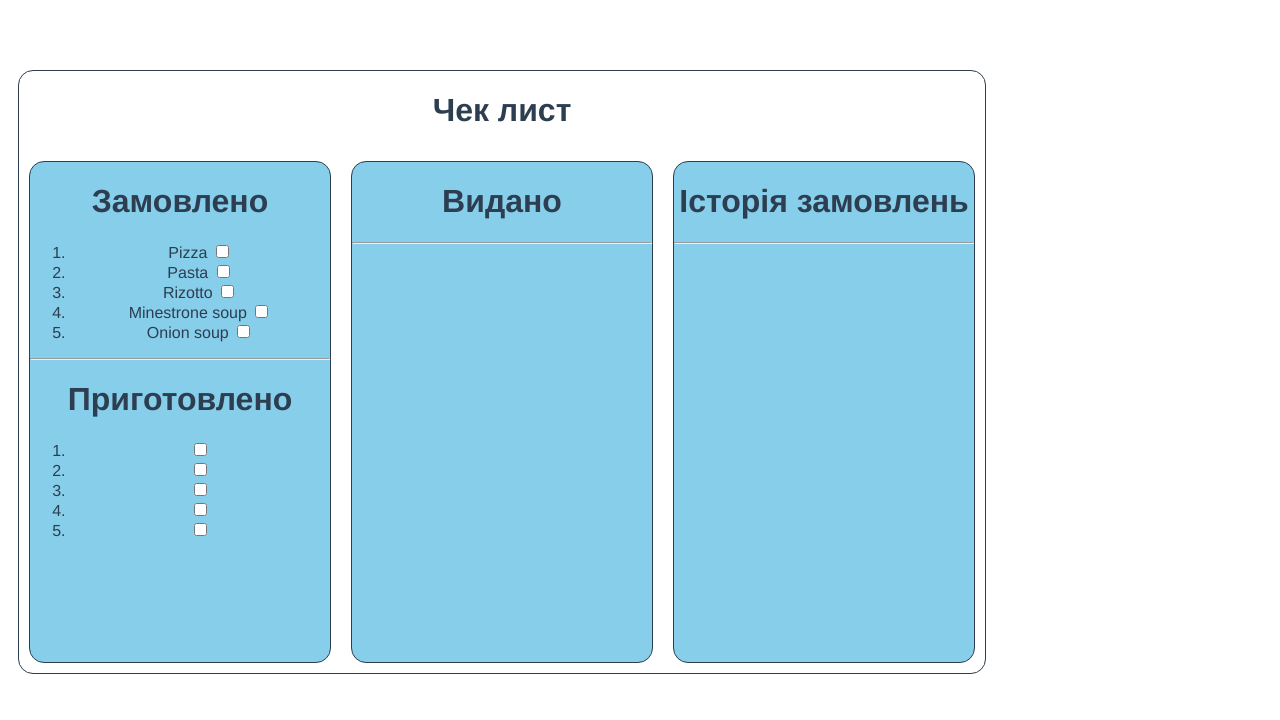
Repository: Salexandraa/HOME_Subotina
Page: / (app in order-list/)
An editor plug-in stored every save of this project. The page is shown before and after the next save, followed by the edit.
The browser window is 1280 px wide. The pictures show the whole page.
The project was rebuilt for these pictures with package versions that can differ from the ones it lists, and the page was loaded fresh each time.

Above is the page before, as saved 2020-10-09 17:23:27.

After the next save:
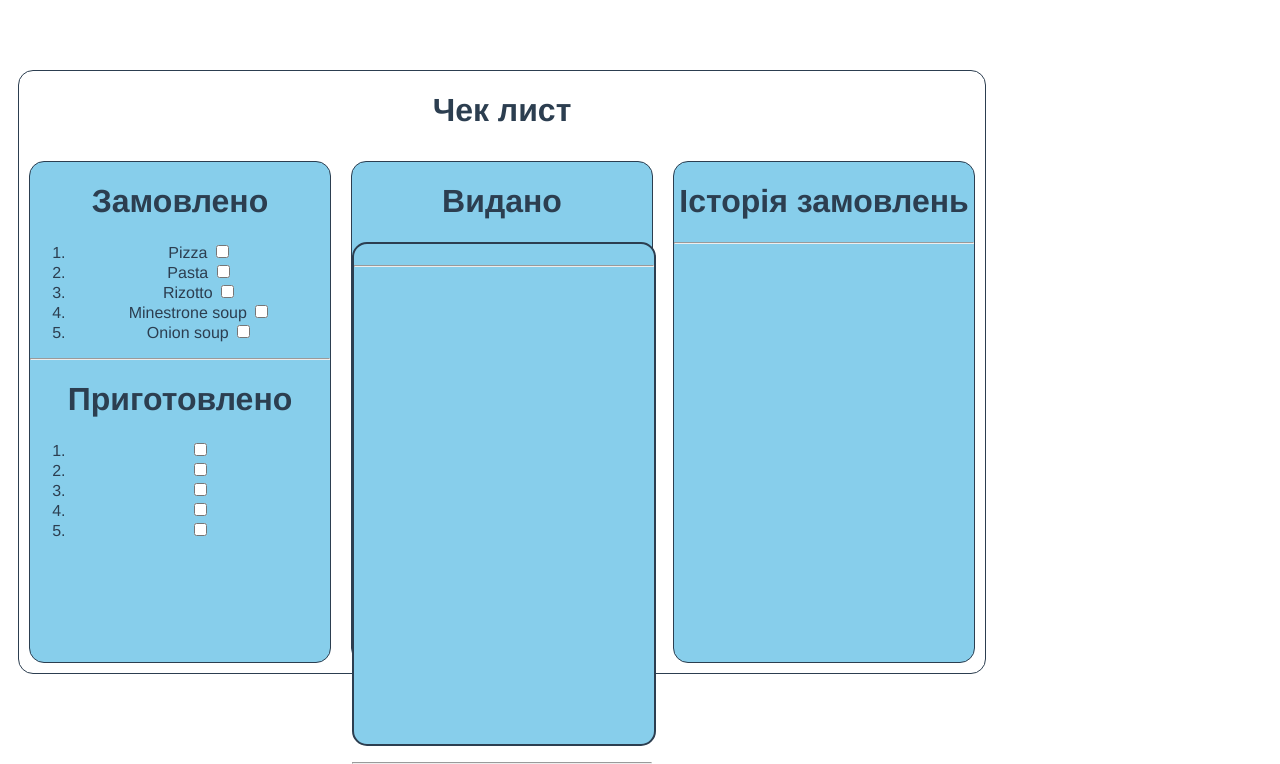
Saved 11 s later.
--- a/order-list/src/components/CheckList/OrderIssued/index.vue
+++ b/order-list/src/components/CheckList/OrderIssued/index.vue
@@ -4,7 +4,7 @@
       <h1>{{ title }}</h1>
     </div>
     <div>
-
+        <reserved :listDishes="dishesList" />
       <ol>
         <li v-for="item in listDishes" :key="item.name">
           {{ item.name }} <input type="checkbox" v-model="item.names" />

After the 2 saves that followed:
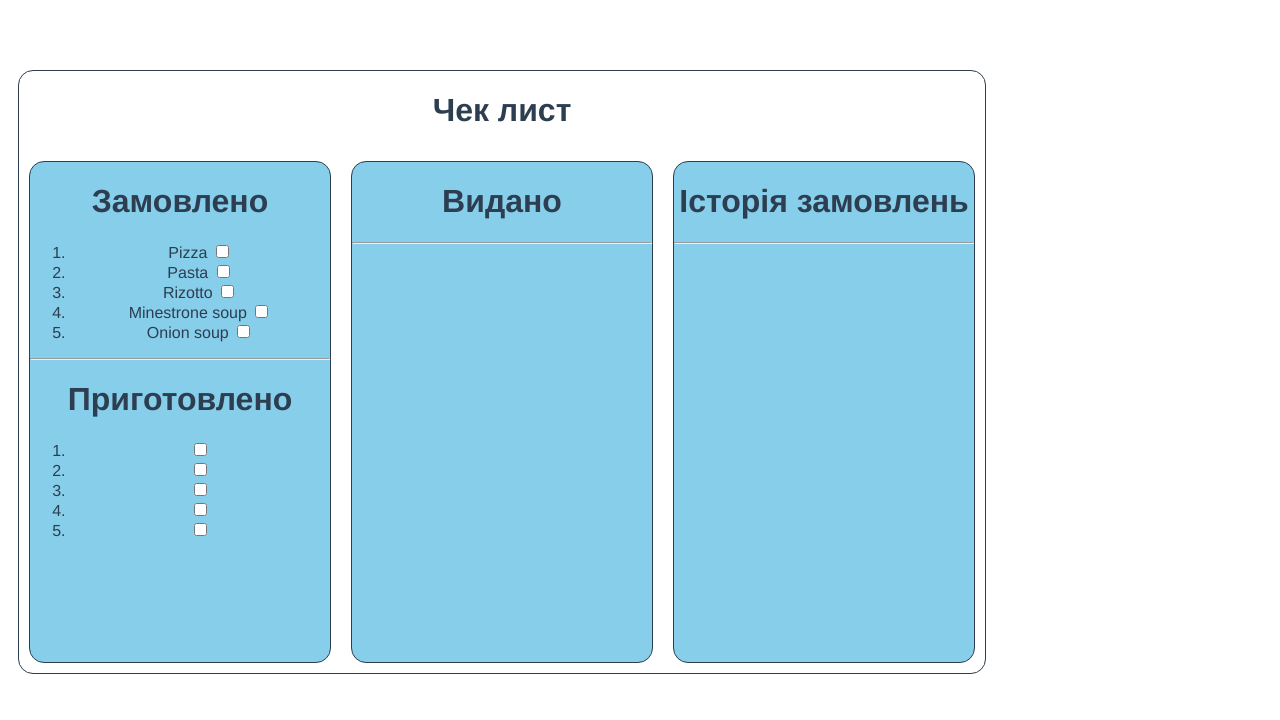
The 2 saves are shown as one change because 1 left the picture as it was.
The last was saved 91 s later.
--- a/order-list/src/components/CheckList/OrderIssued/index.vue
+++ b/order-list/src/components/CheckList/OrderIssued/index.vue
@@ -4,9 +4,8 @@
       <h1>{{ title }}</h1>
     </div>
     <div>
-        <reserved :listDishes="dishesList" />
       <ol>
-        <li v-for="item in listDishes" :key="item.name">
+        <li v-for="item in dishesList" :key="item.name">
           {{ item.name }} <input type="checkbox" v-model="item.names" />
         </li>
       </ol>
@@ -16,11 +15,11 @@
 </template>
 
 <script>
-import Reserved from "../Reserved"
+import dishesList from "../../../../settings"
 export default {
   name: "OrderIssued",
   components:{
-      Reserved
+      dishesList
   },
   props: {
     title: {
